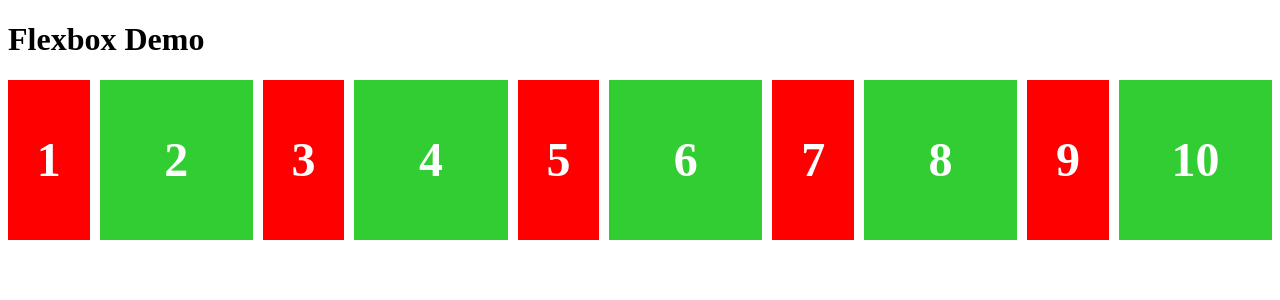
Repository: aniatot/CSS_KT
Page: 6 Flexbox Demo Project/index2.html
An editor plug-in stored every save of this project. The page is shown before and after the next save, followed by the edit.
The browser window is 1280 px wide. The pictures show the whole page.
Some web fonts or font styles are not loaded; a fallback is used.

Above is the page before, as saved 2023-10-19 02:18:45.

After the next save:
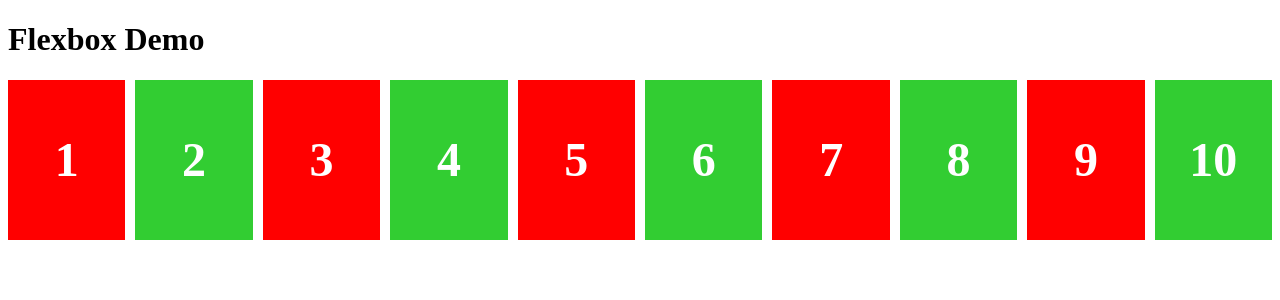
Saved 19 s later.
--- a/6 Flexbox Demo Project/index2.html
+++ b/6 Flexbox Demo Project/index2.html
@@ -39,7 +39,7 @@
 
 .flex-item:nth-child(even) {
   background: limegreen;
-  flex: 2;
+  flex: 1;
 }
   </style>
 </head>
